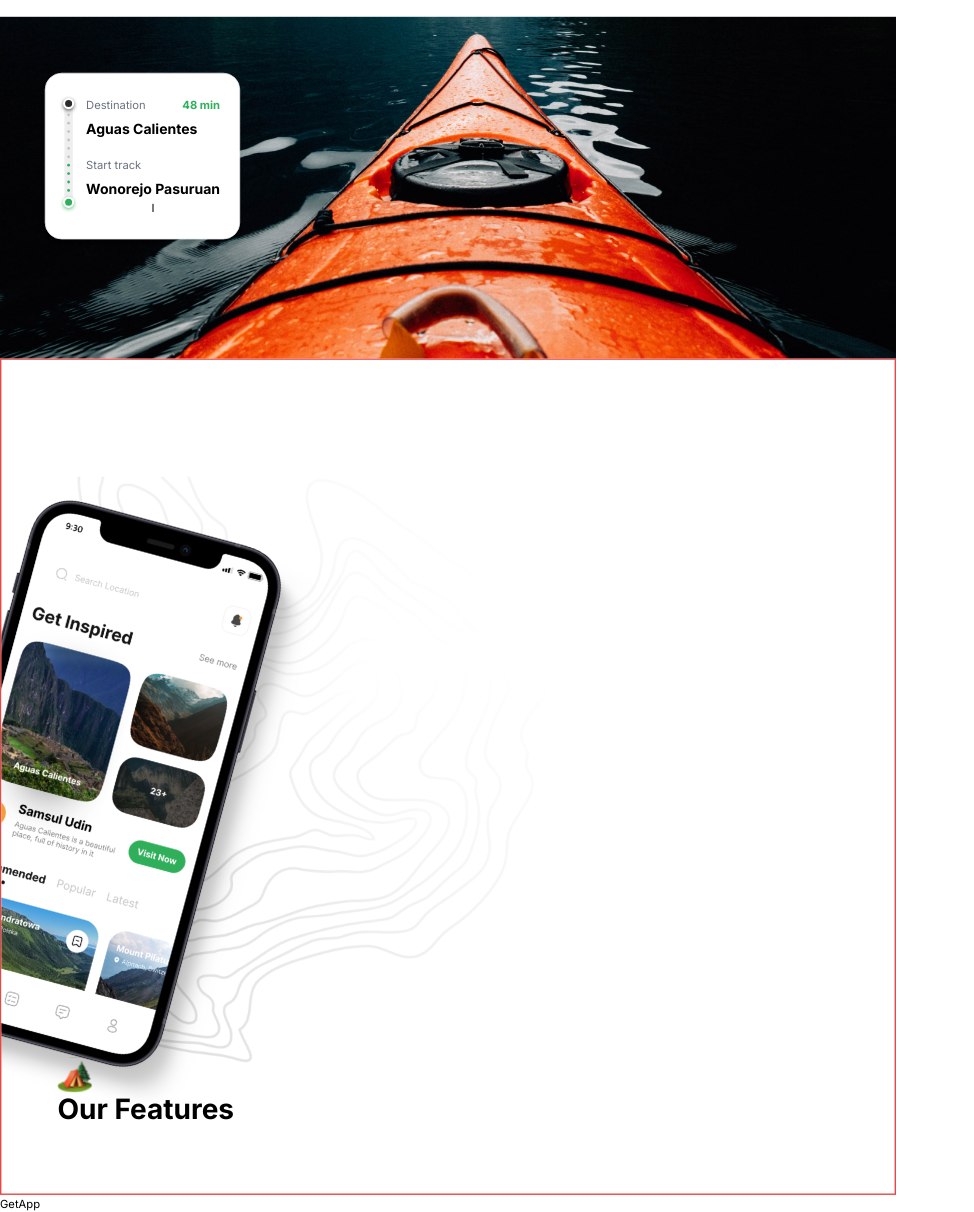
Repository: abdulrahmanmahmood/Travel-App
Page: /
These files come from the project's save history. The page is drawn as it stood at one moment and after a run of saves; the edit follows.
The browser window is 1280 px wide. The page is 1392 px wide, so the pictures cover 1392 px, including what lies to the right of the window. The pictures show the part of the page from y = 2160 to 3920 px (the page is 3891 px tall before and 3920 px after), at 70% of full size.
The project was rebuilt for these pictures with package versions that can differ from the ones it lists, and the page was loaded fresh each time. The framework's server and built-in components were replaced by stand-ins that run in the browser. Also part of the build but not shown: next.config.js.

Above is the page before, as saved 2023-11-08 11:39:16.

After the next 3 saves:
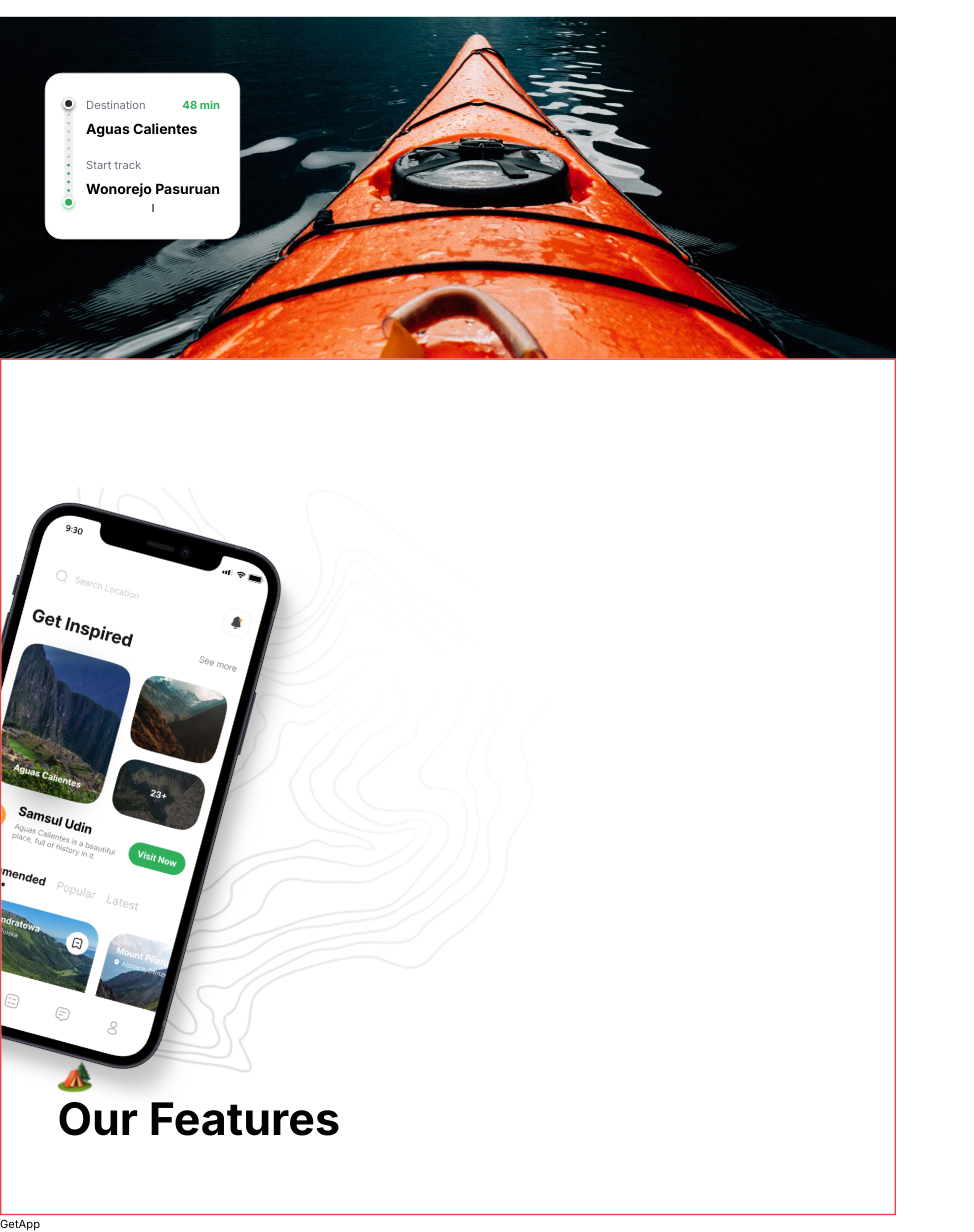
The 3 saves are shown as one change because they came seconds apart.
The last was saved 17 s later.
--- a/components/Features.tsx
+++ b/components/Features.tsx
@@ -11,7 +11,7 @@ function Features() {
         <div className="z-20 flex w-full flex-col  lg:2-[60%]">
           <div className="relative ">
             <Image src='/camp.svg' alt="camp" width={50} height={50}/>
-            <h2 className="bold-40 text-3xl">Our Features</h2>
+            <h2 className="bold-40 lg:bold-64 ">Our Features</h2>
           </div>
         </div>
       </div>
